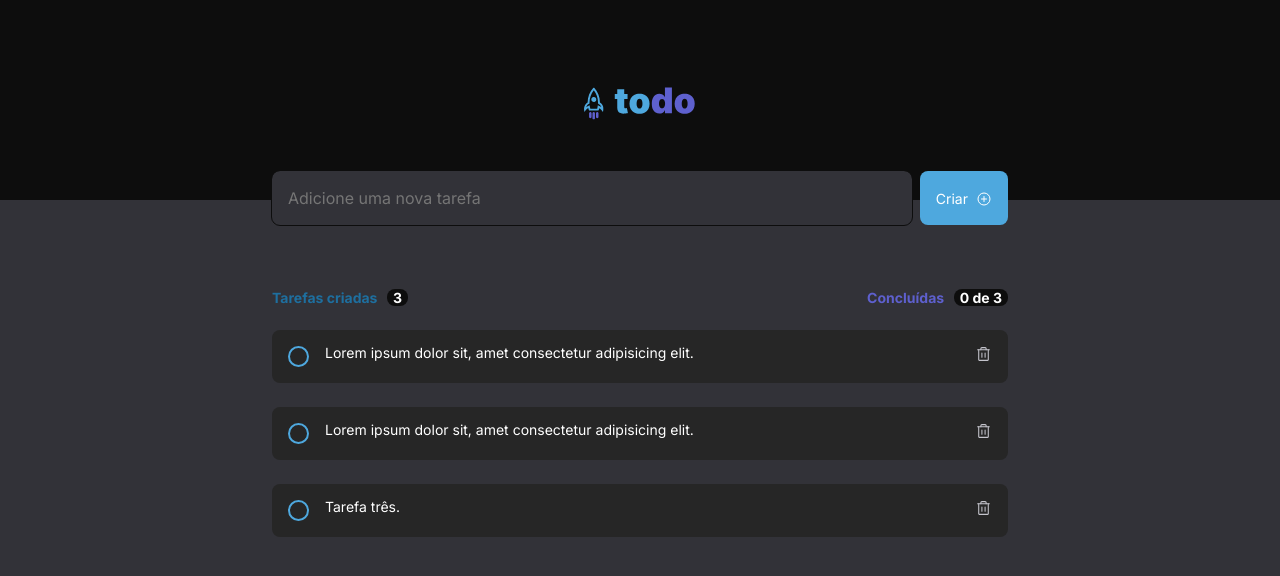
Repository: gabramos90/ignite-todo
Page: /
The author's editor kept a copy of each file at every save. The page is drawn from the files as they stood at one save, then again after the next save.
The browser window is 1280 px wide. The pictures show the whole page.
The project was rebuilt for these pictures with package versions that can differ from the ones it lists, and the page was loaded fresh each time. Also part of the build but not shown: vite.config.ts.

Above is the page before, as saved 2022-12-02 22:15:46.

### index.html
<!DOCTYPE html>
<html lang="en">
  <head>
    <meta charset="UTF-8" />
    <link rel="preconnect" href="https://fonts.googleapis.com"/>
    <link rel="preconnect" href="https://fonts.gstatic.com" crossorigin/>
    <link rel="icon" type="image/svg+xml" href="/vite.svg" />
    <meta name="viewport" content="width=device-width, initial-scale=1.0" />


    <link href="https://fonts.googleapis.com/css2?family=Inter:wght@400;700&display=swap" rel="stylesheet"/>

    <title>Todo</title>
  </head>
  <body>
    <div id="root"></div>
    <script type="module" src="/src/main.tsx"></script>
  </body>
</html>

### src/App.tsx
import { useState } from 'react'
import styles from './App.module.css'

import { Header } from './components/Header/Header'
import { InputTask } from './components/InputTask/InputTask'
import { TasksAccounter } from './components/TasksAccounter/TasksAccounter'
import './global.css'

export interface ITask {
  id: string
  title: string
  isDone: boolean
}

export function App() {
  const [tasks, setTasks] = useState<ITask[]>([
    {
      id: '2022-11-20T14:20:02.7620',
      title: 'Lorem ipsum dolor sit, amet consectetur adipisicing elit.',
      isDone: false,
    },
    {
      id: '2022-11-20T14:20:07.7620',
      title: 'Lorem ipsum dolor sit, amet consectetur adipisicing elit.',
      isDone: false,
    },
    {
      id: '2022-11-20T14:20:04.7620',
      title: 'Tarefa três.',
      isDone: false,
    },
  ])

  function handleNewTask(taskTitle: string) {
    setTasks([
      ...tasks,
      {
        id: crypto.randomUUID(),
        title: taskTitle,
        isDone: false,
      },
    ])
  }

  function handleDeleteTask(taskId: string) {
    const newTasks = tasks.filter((task: ITask) => task.id !== taskId)
    event?.preventDefault()
    setTasks(newTasks)
  }

  function toggleTaskIsDone(taskId: string) {
    const newTasks = tasks.map((task) => {
      if (task.id === taskId) {
        return {
          ...task,
          isDone: !task.isDone,
        }
      }
      return task
    })
    setTasks(newTasks)
  }

  return (
    <div>
      <Header />
      <div className={styles.wrapper}>
        <InputTask handleNewTask={handleNewTask} />
        <TasksAccounter
          tasks={tasks}
          onDelete={handleDeleteTask}
          onCheckedChange={toggleTaskIsDone}
        />
      </div>
    </div>
  )
}

### src/App.module.css
.wrapper {
    max-width: 46rem;
    margin: -1.8rem auto;
}

### src/components/Header/Header.tsx
import styles from './Header.module.css'
import logoTodo from '../../assets/logo-todo.svg'

export function Header() {
  return (
    <div className={styles.headerContainer}>
      <img src={logoTodo} alt="" />
    </div>
  )
}

### src/components/InputTask/InputTask.tsx
import { PlusCircle } from 'phosphor-react'
import styles from './InputTask.module.css'

import { useForm } from 'react-hook-form'
import { useState } from 'react'

interface Props {
  handleNewTask: (taskTitle: string) => void
}

export function InputTask({ handleNewTask }: Props) {
  const { register, handleSubmit, reset } = useForm()
  const [newTiTle, setNewTitle] = useState('')

  function onSubmit(data: any) {
    console.log(data)

    handleNewTask(newTiTle)
    reset()
  }

  return (
    <form
      onSubmit={handleSubmit(onSubmit)}
      className={styles.inputTaskContainer}
    >
      <input
        type="text"
        placeholder="Adicione uma nova tarefa"
        {...register('newTitle', {
          onChange: (e) => setNewTitle(e.target.value),
        })}
        required
      />
      <button type="submit">
        Criar
        <PlusCircle size={16} />
      </button>
    </form>
  )
}

### src/components/TasksAccounter/TasksAccounter.tsx
import { Tasks } from '../Tasks/Tasks'
import { ITask } from '../../App'
import styles from './TasksAccounter.module.css'

interface Props {
  tasks: ITask[]
  onDelete: (taskId: string) => void
  onCheckedChange: (taskId: string) => void
}

export function TasksAccounter({ tasks, onDelete, onCheckedChange }: Props) {
  const taskQuant = tasks.length
  const doneTasks = tasks.filter((task) => task.isDone).length

  return (
    <>
      <div className={styles.tasksAccounterContainer}>
        <div className={styles.createTasks}>
          <span>Tarefas criadas</span>
          <span>{taskQuant}</span>
        </div>
        <div className={styles.doneTasks}>
          <span>Concluídas</span>
          <span>
            {doneTasks} de {taskQuant}
          </span>
        </div>
      </div>
      {tasks.map((task) => (
        <Tasks
          key={task.id}
          task={task}
          onDelete={onDelete}
          onCheckedChange={onCheckedChange}
        />
      ))}
    </>
  )
}

### src/global.css
:root {
    --gray-100: #e1e1e6;
    --gray-300: #c4c4cc;
    --gray-400: #8d8d99;
    --gray-500: #262626;
    --gray-600: #323238;
    --gray-700: #0D0D0D;

    --purple: #8284fa;
    --purple-dark: #5e60ce;

    --blue: #4ea8de;
    --blue-dark: #1e6f9f;

    --danger: #f75a68;
  }

  :focus {
    outline: transparent;
  }

  * {
    margin: 0;
    padding: 0;
    box-sizing: border-box;
  }

  body {
    background: var(--gray-600);
    color: var(--gray-300);
    -webkit-font-smoothing: antialiased;
  }

  body, input, textarea, button {
    font-family: 'Inter', sans-serif;
    font-weight: 400;
    font-size: 1rem;
  }

### src/components/Header/Header.module.css
.headerContainer {
    display: flex;
    justify-content: center;

    height: 12.5rem;

    background-color: var(--gray-700);
}

.headerContainer img {
    width: 7rem;
}

### src/components/InputTask/InputTask.module.css
.inputTaskContainer {
    display: flex;
    gap: 0.5rem;
    align-items: center;
}

.inputTaskContainer input {
    display: flex;
    flex: 1;

    height: 3.375rem;
    padding: 0 1rem ;

    background-color: var(--gray-600);
    outline: 1px solid var(--gray-700);
    border-radius: 8px;
    border: 0;
    color: white;
}

.inputTaskContainer input:focus {
    outline: 1px solid var(--purple-dark);
}

.inputTaskContainer button {
    display: flex;
    gap: 0.5rem;
    align-items: center;

    height: 3.375rem;
    padding: 0 1rem ;

    background-color: var(--blue);
    color: white;
    border-radius: 8px;
    border: 0;

    font-size: 0.875rem;

    cursor: pointer;
}

.inputTaskContainer button svg {
    margin-top: 0.12rem;
}

.inputTaskContainer button:hover {
    background-color: var(--blue-dark);
}

### src/components/Tasks/Tasks.tsx
import styles from './Tasks.module.css'
import * as Checkbox from '@radix-ui/react-checkbox'
import { CheckIcon } from '@radix-ui/react-icons'
import { Trash } from 'phosphor-react'
import { ITask } from '../../App'

interface Props {
  task: ITask
  onDelete: (taskId: string) => void
  onCheckedChange: (taskId: string) => void
}

export function Tasks({ task, onDelete, onCheckedChange }: Props) {
  return (
    <form className={styles.tasksContainer}>
      <Checkbox.Root
        className={styles.checkboxRoot}
        aria-checked={task.isDone}
        id={task.id}
        onClick={() => onCheckedChange(task.id)}
      >
        <Checkbox.Indicator className={styles.checkboxIndicator}>
          <CheckIcon className={styles.chekedIcon} />
        </Checkbox.Indicator>
      </Checkbox.Root>
      <label className={styles.label} htmlFor={task.id}>
        {task.title}
      </label>
      <button onClick={() => onDelete(task.id)}>
        <Trash size={17} />
      </button>
    </form>
  )
}

### src/components/TasksAccounter/TasksAccounter.module.css
.tasksAccounterContainer {
    display: flex;
    align-items: center;
    justify-content: space-between;

    margin-top: 4rem;

    font-size: 0.875rem;
    font-weight: bold;
  }

  .tasksAccounterContainer div  span:last-child {
    background-color: var(--gray-700);
    color: white;

    border-radius: 8px;
    padding: 0 6px;

    font-size: 0.875rem;

    margin-left: 0.6rem;
  }

  .createTasks {
    color: var(--blue-dark);
  }

  .doneTasks {
    color: var(--purple-dark);
  }

### src/components/Tasks/Tasks.module.css
button {
  all: unset;
  cursor: pointer;
}

.tasksContainer {
    display: flex;
    align-items: flex-start;
    justify-content: space-between;
    gap: 1rem;

    margin-top: 1.5rem;
    padding: 1rem;
    border-radius: 8px;

    background-color: var(--gray-500);
}

.checkboxRoot {
  background-color: transparent;
  width: 17px;
  height: 17px;
  border-radius: 9999px;
  border: 2px solid var(--blue);
  display: flex;
  align-items: center;
  gap: 1rem;
}

[data-state="checked"] {
  background-color: var(--purple);
  overflow: hidden;
  object-fit: fill;
  border: 2px solid var(--purple);



}


.checkboxRoot:hover {
  background-color: var(--blue-dark);

  transition: all 0.2s;
}

.chekedIcon{
  margin-top: 0.2rem;
  margin-left: -0.04rem;
}

.label {
  flex: 1;
  color: white;
  font-size: 15px;
  line-height: 1;
  user-select: none;
  font-size: 0.875rem;
}

[data-state="checked"]~label{
  text-decoration: line-through;
  color: var(--gray-400);
}

Loaded but not shown: src/main.tsx (common file)

After the next save:
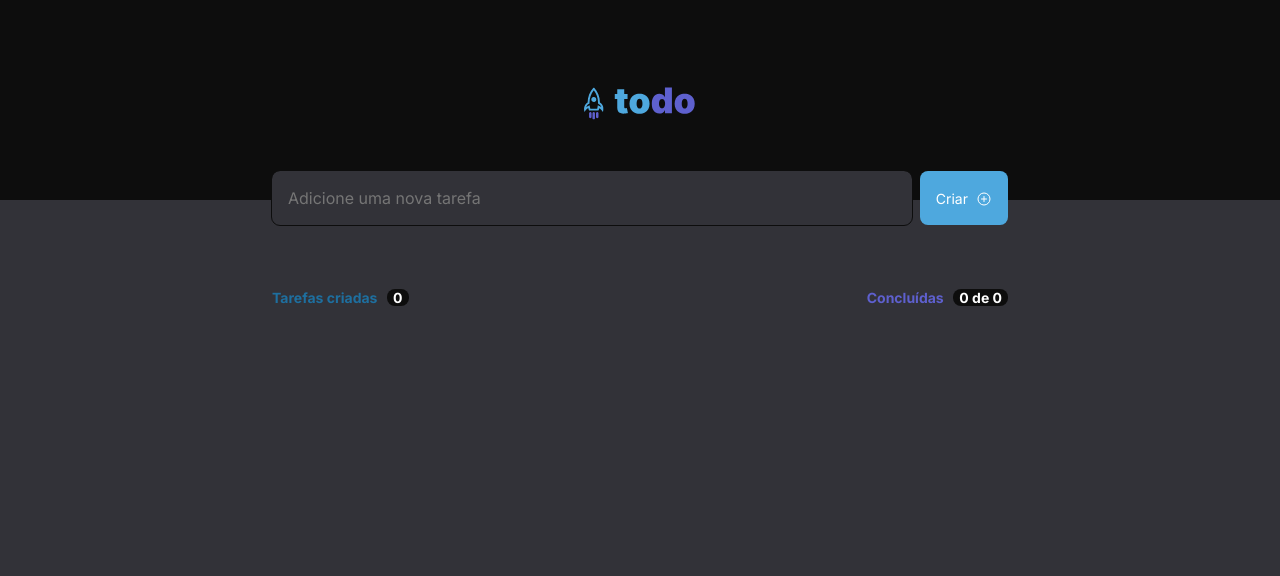
Saved 21 s later.
--- a/src/App.tsx
+++ b/src/App.tsx
@@ -13,23 +13,7 @@ export interface ITask {
 }
 
 export function App() {
-  const [tasks, setTasks] = useState<ITask[]>([
-    {
-      id: '2022-11-20T14:20:02.7620',
-      title: 'Lorem ipsum dolor sit, amet consectetur adipisicing elit.',
-      isDone: false,
-    },
-    {
-      id: '2022-11-20T14:20:07.7620',
-      title: 'Lorem ipsum dolor sit, amet consectetur adipisicing elit.',
-      isDone: false,
-    },
-    {
-      id: '2022-11-20T14:20:04.7620',
-      title: 'Tarefa três.',
-      isDone: false,
-    },
-  ])
+  const [tasks, setTasks] = useState<ITask[]>([])
 
   function handleNewTask(taskTitle: string) {
     setTasks([
